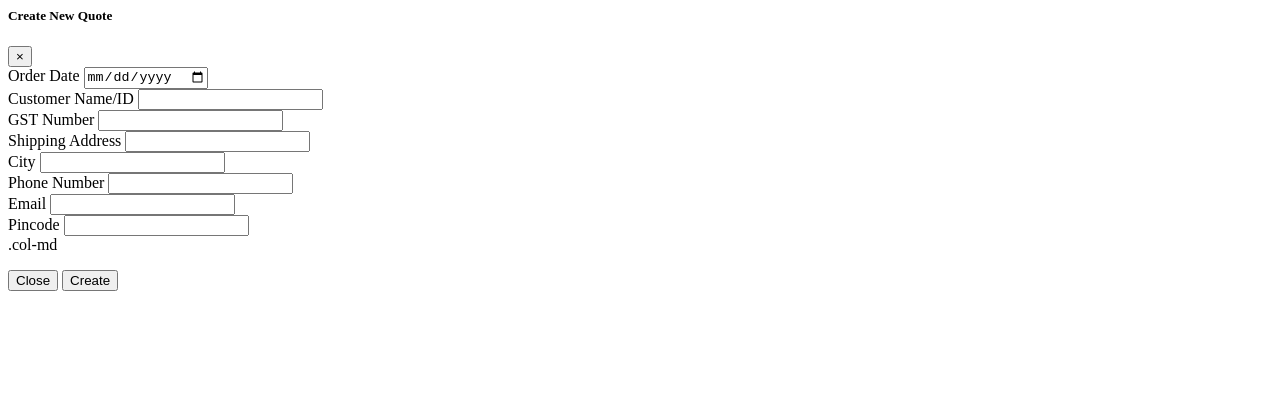
Repository: hrishibhattu/CodeFury-Internal-2
Page: ToYoDo/WebContent/WEB-INF/modal/quote.html
An editor plug-in stored every save of this project. The page is shown before and after the next save, followed by the edit.
The browser window is 1280 px wide. The pictures show the whole page.

Above is the page before, as saved 2021-09-19 06:37:54.

After the next save:
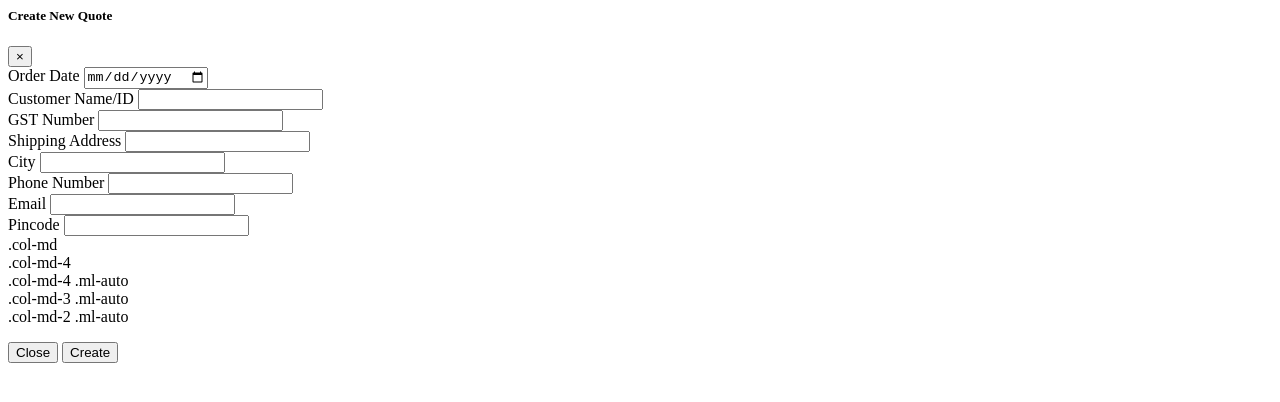
Saved 47 s later.
--- a/ToYoDo/WebContent/WEB-INF/modal/quote.html
+++ b/ToYoDo/WebContent/WEB-INF/modal/quote.html
@@ -57,6 +57,15 @@
 					    <div class="row">
 					      <div class="col-md">.col-md</div>
 					    </div>
+
+					     <div class="row">
+      <div class="col-md-4">.col-md-4</div>
+      <div class="col-md-4 ml-auto">.col-md-4 .ml-auto</div>
+    </div>
+    <div class="row">
+      <div class="col-md-3 ml-auto">.col-md-3 .ml-auto</div>
+      <div class="col-md-2 ml-auto">.col-md-2 .ml-auto</div>
+    </div>
 					</div>
 				</form>
 
